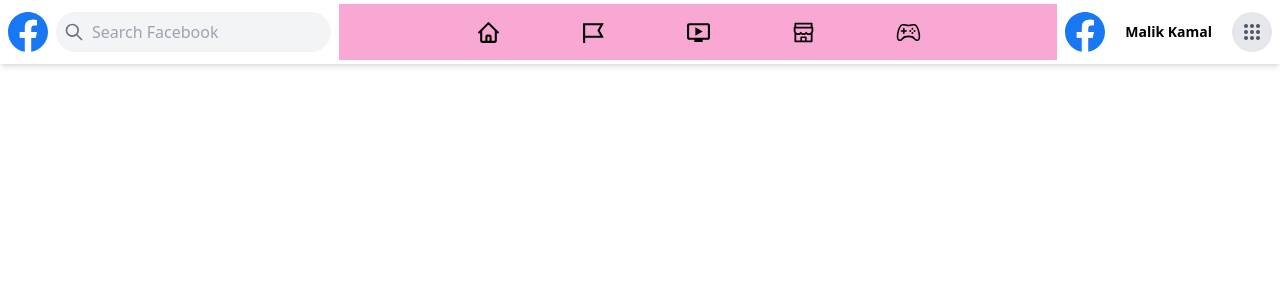
Repository: almaqdad55/springboot-nextjs-fbook
Page: /
These files come from the project's save history. The page is drawn as it stood at one moment and after the next save; the edit follows.
The browser window is 1280 px wide. The pictures show the whole page.
The project was rebuilt for these pictures with package versions that can differ from the ones it lists, and the page was loaded fresh each time. The framework's server and built-in components were replaced by stand-ins that run in the browser. Also part of the build but not shown: next.config.js.

Above is the page before, as saved 2022-08-08 23:06:41.

### pages/index.js
import Head from 'next/head';
import Image from 'next/image';
import Header from '../components/Header';

export default function Home() {
  return (
    <div>
      <Head>
        <title>Facebook 2.0</title>
        <meta name="description" content="Generated by create next app" />
        <link rel="icon" href="/facebook-logo.svg" />
      </Head>
      <Header />
      <main></main>
    </div>
  );
}

### components/Header.jsx
import React from 'react';
import Image from 'next/image';
import { HiOutlineSearch, HiOutlineHome } from 'react-icons/hi';
import { RiFlag2Line } from 'react-icons/ri';
import { MdOutlineOndemandVideo, MdOutlineExpandMore } from 'react-icons/md';
import { AiOutlineShop, AiFillMessage, AiFillBell } from 'react-icons/ai';
import { IoGameControllerOutline } from 'react-icons/io5';
import { CgMenuGridO } from 'react-icons/cg';

const Header = () => {
  return (
    <div className="bg-white flex items-center p-2 shadow-md top-0 sticky z-50 h-16">
      {/* Left component  */}
      <div className="flex min-w-fit">
        <Image src="/facebook-logo.svg" height={40} width={40} />
        <div className="flex items-center space-x-2 px-2 ml-2 rounded-full bg-gray-100 text-gray-500">
          <HiOutlineSearch size={20} />
          <input
            className="hidden lg:inline-flex bg-transparent outline-none"
            type="text"
            placeholder="Search Facebook"
          />
        </div>
      </div>
      {/* Center  component  */}
      <div className="flex flex-grow justify-center mx-2 bg-pink-300">
        <div className="flex items-center">
          <div className="flex items-center h-14 px-4 md:px-10 rounded-md md:hover:bg-gray-100 cursor-pointer">
            <HiOutlineHome size={25} className="mx-auto" />
          </div>
          <div className="flex items-center h-14 px-4 md:px-10 rounded-md md:hover:bg-gray-100 cursor-pointer">
            <RiFlag2Line size={25} className="mx-auto" />
          </div>
          <div className="flex items-center h-14 px-4 md:px-10 rounded-md md:hover:bg-gray-100 cursor-pointer">
            <MdOutlineOndemandVideo size={25} className="mx-auto" />
          </div>
          <div className="flex items-center h-14 px-4 md:px-10 rounded-md md:hover:bg-gray-100 cursor-pointer">
            <AiOutlineShop size={25} className="mx-auto" />
          </div>
          <div className="flex items-center h-14 px-4 md:px-10 rounded-md md:hover:bg-gray-100 cursor-pointer">
            <IoGameControllerOutline size={25} className="mx-auto" />
          </div>
        </div>
      </div>
      {/* Right component */}
      <div className="flex items-center justify-end min-w-fit space-x-2 ">
        <Image src="/facebook-logo.svg" height={40} width={40} />
        <p className="hidden lg:inline-flex font-semibold text-sm whitespace-nowrap p-3 max-w-xs">
          Malik Kamal
        </p>
        <CgMenuGridO
          size={20}
          className="hidden lg:inline-flex h-10 w-10 bg-gray-200 text-gray-600 rounded-full p-2 cursor-pointer hover:bg-gray-300"
        />
      </div>
    </div>
  );
};

export default Header;

Loaded but not shown: pages/_app.js (common file); styles/globals.css (common file); tailwind.config.js (common file)

After the next save:
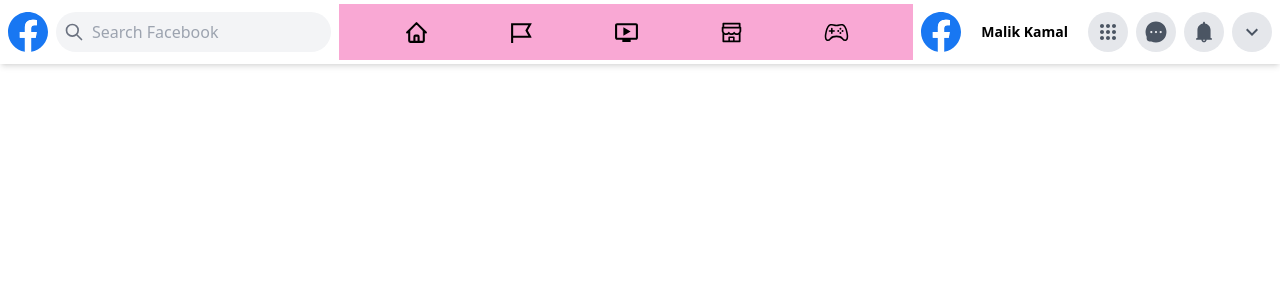
Saved 55 s later.
--- a/components/Header.jsx
+++ b/components/Header.jsx
@@ -52,6 +52,18 @@
           size={20}
           className="hidden lg:inline-flex h-10 w-10 bg-gray-200 text-gray-600 rounded-full p-2 cursor-pointer hover:bg-gray-300"
         />
+        <AiFillMessage
+          size={20}
+          className="hidden lg:inline-flex h-10 w-10 bg-gray-200 text-gray-600 rounded-full p-2 cursor-pointer hover:bg-gray-300"
+        />
+        <AiFillBell
+          size={20}
+          className="hidden lg:inline-flex h-10 w-10 bg-gray-200 text-gray-600 rounded-full p-2 cursor-pointer hover:bg-gray-300"
+        />
+        <MdOutlineExpandMore
+          size={20}
+          className="hidden lg:inline-flex h-10 w-10 bg-gray-200 text-gray-600 rounded-full p-2 cursor-pointer hover:bg-gray-300"
+        />
       </div>
     </div>
   );
